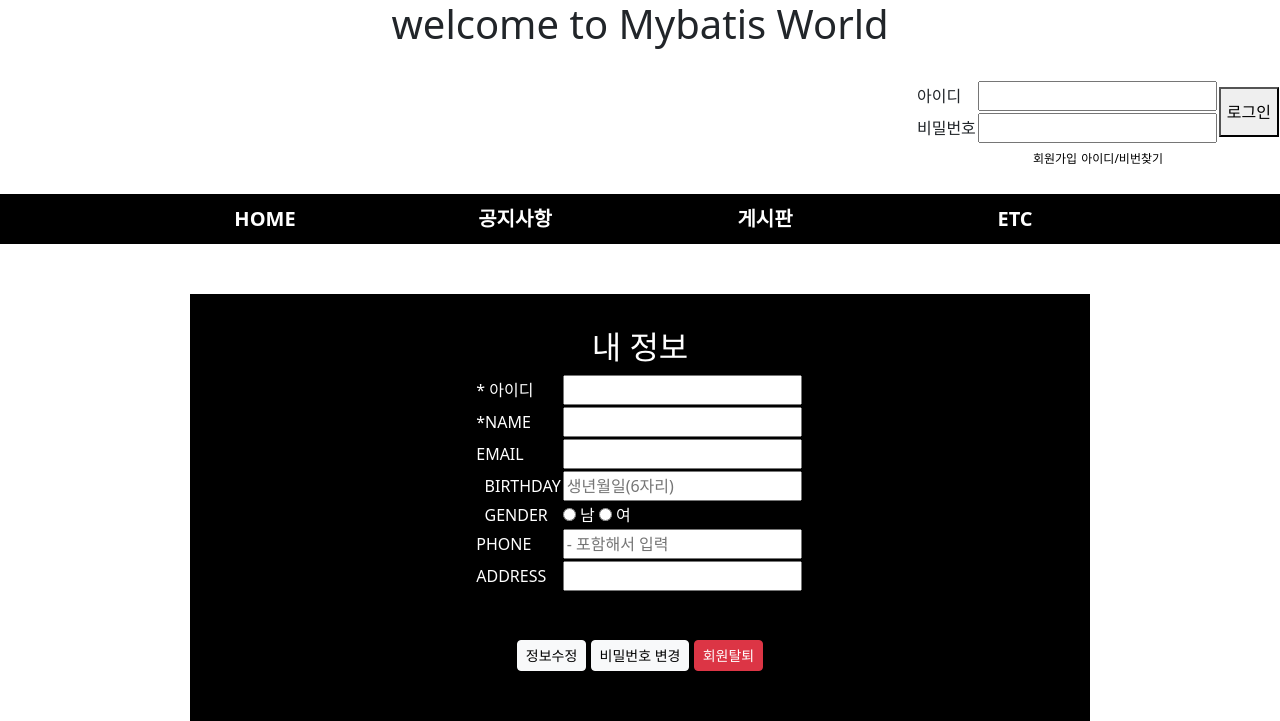
Repository: eru2/Study
Page: http://localhost/mybatisProject/views/member/myPage.jsp
An editor plug-in stored every save of this project. The page is shown before and after the next save, followed by the edit.
The browser window is 1280 px wide. The pictures show the whole page.
The page is served by Tomcat 10.

Above is the page before, as saved 2025-03-06 08:27:08.
Console error: ReferenceError: interest is not defined

After the next save:
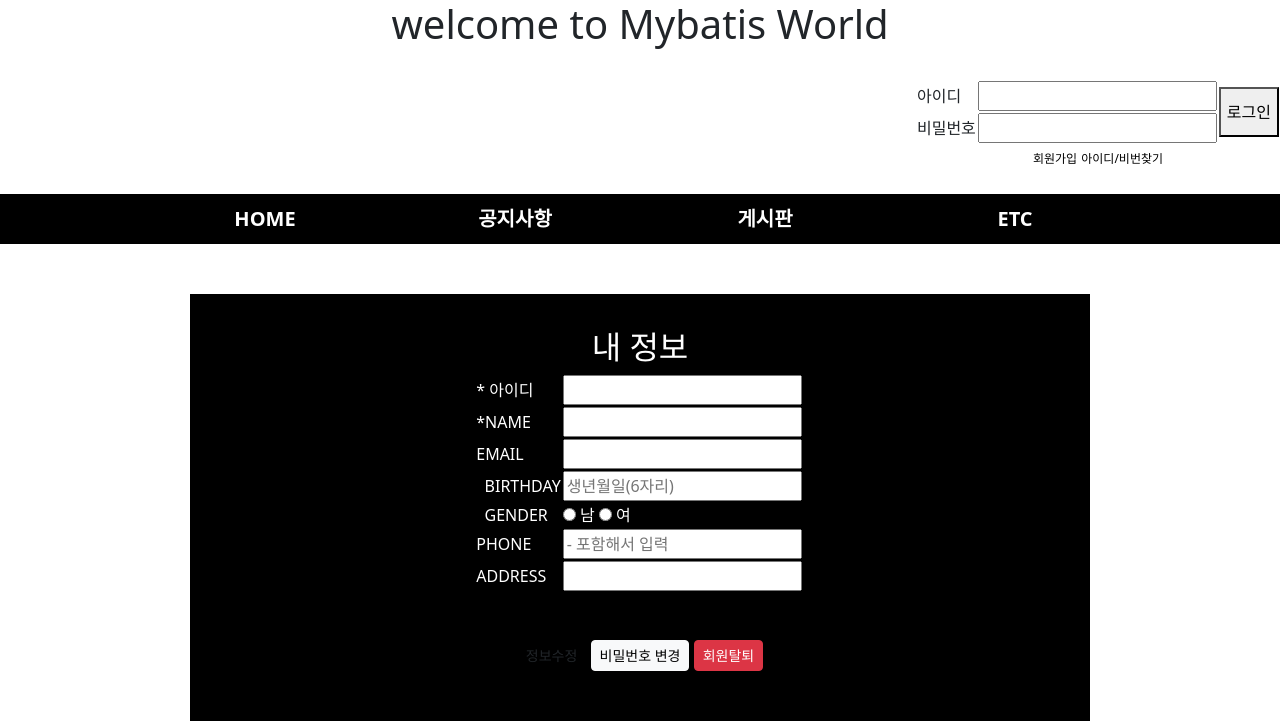
Saved 10 s later.
--- a/08_MyBatis/mybatisProject/src/main/webapp/views/member/myPage.jsp
+++ b/08_MyBatis/mybatisProject/src/main/webapp/views/member/myPage.jsp
@@ -88,7 +88,7 @@
 			<br><br>
 
 			<div align="center">
-				<button type="submit" class="btn btn-sm btn-light">정보수정</button>
+				<button type="submit" class="btn btn-sm btn-yellow">정보수정</button>
 				<button type="button" class="btn btn-sm btn-light" data-bs-toggle="modal" data-bs-target="#update-pwd-modal">비밀번호 변경</button>
 				<button type="button" class="btn btn-sm btn-danger" data-bs-toggle="modal" data-bs-target="#delete-member-modal">회원탈퇴</button>
 			</div>
